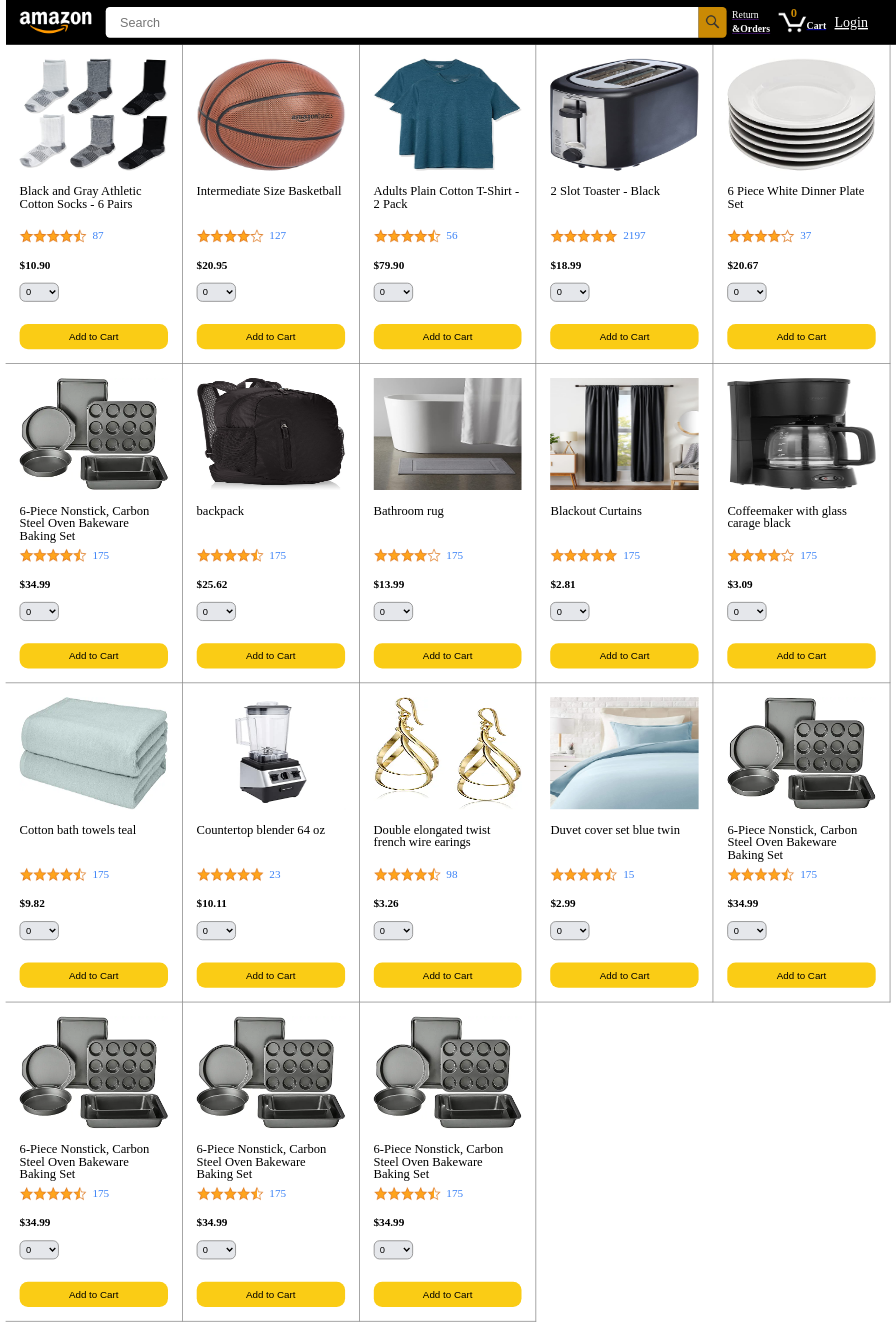
Repository: IssaMuiz/AmazonClone
Page: /
The author's editor kept a copy of each file at every save. The page is drawn from the files as they stood at one save, then again after the next save.
The browser window is 1280 px wide. The pictures show the whole page, at 70% of full size.
The project was rebuilt for these pictures with package versions that can differ from the ones it lists, and the page was loaded fresh each time. Also part of the build but not shown: vite.config.js, src/pages/Cart.jsx, src/pages/Checkout.jsx, src/pages/Login.jsx.

Above is the page before, as saved 2024-08-08 04:39:05.

### index.html
<!doctype html>
<html lang="en">
  <head>
    <meta charset="UTF-8" />
    <link rel="icon" type="image/svg+xml" href="/vite.svg" />
    <meta name="viewport" content="width=device-width, initial-scale=1.0" />
    <title>Amazon Clone</title>
  </head>
  <body>
    <div id="root"></div>
    <script type="module" src="/src/main.jsx"></script>
  </body>
</html>

### src/main.jsx
import ReactDOM from "react-dom/client";
import App from "./App.jsx";
import "./index.css";
import { Provider } from "react-redux";
import { store } from "./Components/state/store.js";
import { getTotal } from "./Components/state/cartSlice.js";

store.dispatch(getTotal());
ReactDOM.createRoot(document.getElementById("root")).render(
  <Provider store={store}>
    <App />
  </Provider>
);

### src/App.jsx
import ProductComponent from "./Components/ProductComponent";
import Checkout from "./pages/Checkout";
import { BrowserRouter as Router, Routes, Route } from "react-router-dom";
import Login from "./pages/Login";

function App() {
  return (
    <Router>
      <Routes>
        <Route path="/" element={<ProductComponent />} />
        <Route path="/Checkout" element={<Checkout />} />
        <Route path="/Login" element={<Login />} />
        <Route
          path="*"
          element={<h1 className="text-center mt-20">PAGE NOT FOUND!</h1>}
        />
      </Routes>
    </Router>
  );
}

export default App;

### src/Components/state/store.js
import { configureStore } from "@reduxjs/toolkit";
import userReducer from "./cartSlice";

export const store = configureStore({
  reducer: {
    user: userReducer,
  },
});

### src/Components/state/cartSlice.js
import { createSlice } from "@reduxjs/toolkit";

const initialState = {
  cartItems: [],
  cartQuantity: 0,
  cartTotalAmount: 0,
};

const userSlice = createSlice({
  name: "cart",
  initialState,
  reducers: {
    addToCart(state, action) {
      state.cartQuantity++;
      state.cartTotalAmount += action.payload.price;
      const itemsIndex = state.cartItems.findIndex(
        (item) => item.id === action.payload.id
      );
      if (itemsIndex >= 0) {
        state.cartItems[itemsIndex].itemQuantity += 1;
      } else {
        const cartProd = { ...action.payload, itemQuantity: 1 };
        state.cartItems.push(cartProd);
      }

      localStorage.setItem("cartItems", JSON.stringify(state.cartItems));
    },
    calculateTotalPrice(state) {
      state.cartTotalAmount = state.cartItems.reduce(
        (total, items) => total + items.price * items.itemQuantity,
        0
      );
    },
    deleteCart(state, action) {
      const itemsIndex = state.cartItems.findIndex(
        (item) => item.id === action.payload
      );
      if (itemsIndex >= 0) {
        state.cartTotalAmount -=
          state.cartItems[itemsIndex].price *
          state.cartItems[itemsIndex].itemQuantity;

        state.cartItems = state.cartItems.filter(
          (item) => item.id !== action.payload
        );
      }
      state.cartQuantity = state.cartItems.length;
    },

    getTotal(state) {
      let { total, quantity } = state.cartItems.reduce(
        (cartTotal, cartItem) => {
          const { price, itemQuantity } = cartItem;
          const itemTotal = price * itemQuantity;

          cartTotal.total += itemTotal;
          cartTotal.quantity += itemQuantity;

          return cartTotal;
        },
        {
          total: 0,
          quantity: 0,
        }
      );

      state.cartTotalAmount = total;
      state.itemQuantity = quantity;
    },
  },
});

export const {
  addToCart,
  increaseCart,
  calculateTotalPrice,
  deleteCart,
  getTotal,
} = userSlice.actions;

export default userSlice.reducer;

### src/Components/ProductComponent.jsx
import products from "../products.json";
import ProductContainer from "./ProductContainer";
import Navbar from "./Navbar";

const ProductComponent = () => {
  return (
    <div>
      <Navbar />
      <div className="grid mobile:grid-cols-2   tablet:grid-cols-3 mobile:w-full desktop:grid-cols-5 mt-16">
        {products.map((product) => (
          <ProductContainer
            key={product.id}
            product={product}
            images={product.images}
            price={product.price}
            id={product.id}
            name={product.name}
          />
        ))}
      </div>
    </div>
  );
};

export default ProductComponent;

### src/products.json
[
  {
    "id": 1,
    "images": "src/assets/images/athletic-cotton-socks-6-pairs.jpg",
    "name": "Black and Gray Athletic Cotton Socks - 6 Pairs",
    "rating": {
      "star": "src/assets/images/rating-45.png",
      "count": 87
    },
    "price": 1090
  },
  {
    "id": 2,
    "images": "src/assets/images/intermediate-composite-basketball.jpg",
    "name": "Intermediate Size Basketball",
    "rating": {
      "star": "src/assets/images/rating-40.png",
      "count": 127
    },
    "price": 2095
  },
  {
    "id": 3,
    "images": "src/assets/images/adults-plain-cotton-tshirt-2-pack-teal.jpg",
    "name": "Adults Plain Cotton T-Shirt - 2 Pack",
    "rating": {
      "star": "src/assets/images/rating-45.png",
      "count": 56
    },
    "price": 7990
  },
  {
    "id": 4,
    "images": "src/assets/images/black-2-slot-toaster (1).jpg",
    "name": "2 Slot Toaster - Black",
    "rating": {
      "star": "src/assets/images/rating-5.png",
      "count": 2197
    },
    "price": 1899
  },
  {
    "id": 5,
    "images": "src/assets/images/6-piece-white-dinner-plate-set.jpg",
    "name": "6 Piece White Dinner Plate Set",
    "rating": {
      "star": "src/assets/images/rating-40.png",
      "count": 37
    },
    "price": 2067
  },
  {
    "id": 6,
    "images": "src/assets/images/6-piece-non-stick-baking-set (1).webp",
    "name": "6-Piece Nonstick, Carbon Steel Oven Bakeware Baking Set",
    "rating": {
      "star": "src/assets/images/rating-45.png",
      "count": 175
    },
    "price": 3499
  },
  {
    "id": 7,
    "images": "src/assets/images/backpack.jpg",
    "name": "backpack",
    "rating": {
      "star": "src/assets/images/rating-45.png",
      "count": 175
    },
    "price": 2562
  },
  {
    "id": 8,
    "images": "src/assets/images/bathroom-rug.jpg",
    "name": "Bathroom rug",
    "rating": {
      "star": "src/assets/images/rating-40.png",
      "count": 175
    },
    "price": 1399
  },
  {
    "id": 9,
    "images": "src/assets/images/blackout-curtains-black.jpg",
    "name": "Blackout Curtains",
    "rating": {
      "star": "src/assets/images/rating-5.png",
      "count": 175
    },
    "price": 281
  },
  {
    "id": 9,
    "images": "src/assets/images/coffeemaker-with-glass-carafe-black.jpg",
    "name": "Coffeemaker with glass carage black",
    "rating": {
      "star": "src/assets/images/rating-40.png",
      "count": 175
    },
    "price": 309
  },
  {
    "id": 10,
    "images": "src/assets/images/cotton-bath-towels-teal.webp",
    "name": "Cotton bath towels teal",
    "rating": {
      "star": "src/assets/images/rating-45.png",
      "count": 175
    },
    "price": 982
  },
  {
    "id": 11,
    "images": "src/assets/images/countertop-blender-64-oz.jpg",
    "name": "Countertop blender 64 oz",
    "rating": {
      "star": "src/assets/images/rating-5.png",
      "count": 23
    },
    "price": 1011
  },
  {
    "id": 12,
    "images": "src/assets/images/double-elongated-twist-french-wire-earrings.webp",
    "name": "Double elongated twist french wire earings",
    "rating": {
      "star": "src/assets/images/rating-45.png",
      "count": 98
    },
    "price": 326
  },
  {
    "id": 13,
    "images": "src/assets/images/duvet-cover-set-blue-twin.jpg",
    "name": "Duvet cover set blue twin",
    "rating": {
      "star": "src/assets/images/rating-45.png",
      "count": 15
    },
    "price": 299
  },
  {
    "id": 6,
    "images": "src/assets/images/6-piece-non-stick-baking-set (1).webp",
    "name": "6-Piece Nonstick, Carbon Steel Oven Bakeware Baking Set",
    "rating": {
      "star": "src/assets/images/rating-45.png",
      "count": 175
    },
    "price": 3499
  },
  {
    "id": 6,
    "images": "src/assets/images/6-piece-non-stick-baking-set (1).webp",
    "name": "6-Piece Nonstick, Carbon Steel Oven Bakeware Baking Set",
    "rating": {
      "star": "src/assets/images/rating-45.png",
      "count": 175
    },
    "price": 3499
  },
  {
    "id": 6,
    "images": "src/assets/images/6-piece-non-stick-baking-set (1).webp",
    "name": "6-Piece Nonstick, Carbon Steel Oven Bakeware Baking Set",
    "rating": {
      "star": "src/assets/images/rating-45.png",
      "count": 175
    },
    "price": 3499
  },
  {
    "id": 6,
    "images": "src/assets/images/6-piece-non-stick-baking-set (1).webp",
    "name": "6-Piece Nonstick, Carbon Steel Oven Bakeware Baking Set",
    "rating": {
      "star": "src/assets/images/rating-45.png",
      "count": 175
    },
    "price": 3499
  }
]

### src/Components/ProductContainer.jsx
/* eslint-disable react/prop-types */
import { useDispatch } from "react-redux";
import { addToCart } from "./state/cartSlice";

const ProductContainer = ({ product, images, id, name, price }) => {
  const dispatch = useDispatch();

  return (
    <div>
      <div>
        <div
          style={{
            borderRight: "1px solid gray",
            borderBottom: "1px solid gray",
          }}
          className="flex flex-col h-auto p-5 items-start"
        >
          <img className="h-40 w-full mr-4" src={product.images} alt="" />
          <p className="leading-none h-7 mt-5 mb-5 text-lg">{product.name}</p>
          <div className="flex items-center">
            <img className="h-5 w-24" src={product.rating.star} alt="" />
            <p className="ml-2 text-blue-500 justify-start">
              {product.rating.count}
            </p>
          </div>
          <p className="mt-2 font-bold">${(product.price / 100).toFixed(2)}</p>
          <select
            className=" bg-gray-200 p-1 w-14 rounded-lg mb-7"
            name=""
            id=""
          >
            <option value="">0</option>
            <option value="1">1</option>
            <option value="2">2</option>
            <option value="3">3</option>
            <option value="4">4</option>
            <option value="5">5</option>
            <option value="6">6</option>
            <option value="7">7</option>
            <option value="8">8</option>
            <option value="9">9</option>
            <option value="10">10</option>
          </select>
          <div className={` ${product.form ? "block" : "hidden"}`}>
            <p>Color</p>
            <div>
              <button className="px-2 border-2 rounded-lg border-yellow-500">
                Yellow
              </button>
              <button className="px-2 ml-2 border rounded-lg border-grey-500">
                Teal
              </button>
            </div>
            <p className="mt-1">Size</p>
            <div>
              <button className="px-2 border-2 rounded-lg border-yellow-500">
                S
              </button>
              <button className="px-2 ml-2 border rounded-lg border-grey-500">
                M
              </button>
              <button className="px-2 ml-2 border rounded-lg border-grey-500">
                L
              </button>
            </div>
          </div>

          <button
            onClick={() => dispatch(addToCart({ images, id, price, name }))}
            className="bg-yellow-400 border-none w-full rounded-xl p-2 text-sm mt-1 cursor-pointer hover:bg-yellow-500"
          >
            Add to Cart
          </button>
        </div>
      </div>
    </div>
  );
};

export default ProductContainer;

### src/Components/Navbar.jsx
import LeftNav from "./LeftNav";
import MiddleNav from "./MiddleNav";
import RightNav from "./RightNav";

const Navbar = () => {
  return (
    <div>
      <div className="fixed top-0 flex  bg-black w-full h-16 text-white items-center whitespace-nowrap">
        <LeftNav />
        <MiddleNav />
        <RightNav />
      </div>
    </div>
  );
};

export default Navbar;

### src/config/firebase.js
// Import the functions you need from the SDKs you need
import { initializeApp } from "firebase/app";
import { getAuth, GoogleAuthProvider } from "firebase/auth";
// TODO: Add SDKs for Firebase products that you want to use
// https://firebase.google.com/docs/web/setup#available-libraries

// Your web app's Firebase configuration
const firebaseConfig = {
  apiKey: "AIzaSyDn8g0iOfpcR7ad0ZYiyC27ykjBEUySZVs",
  authDomain: "clone-e2e03.firebaseapp.com",
  projectId: "clone-e2e03",
  storageBucket: "clone-e2e03.appspot.com",
  messagingSenderId: "598280271072",
  appId: "1:598280271072:web:1506fc410052808405cc85",
};

// Initialize Firebase
const app = initializeApp(firebaseConfig);

export const auth = getAuth(app);
export const provider = new GoogleAuthProvider();

### src/Components/LeftNav.jsx
const leftNav = () => {
  return (
    <div>
      <img
        className="h-8 ml-5 mobile:hidden tablet:block"
        src="src/assets/images/amazon-logo-white.png"
        alt=""
      />
      <img
        className="h-9 tablet:hidden mobile:block mobile:ml-7 "
        src="src/assets/images/amazon-mobile-logo-white.png"
        alt=""
      />
    </div>
  );
};

export default leftNav;

### src/Components/MiddleNav.jsx
import { useState } from "react";

const MiddleNav = () => {
  const [value, setValue] = useState("");
  return (
    <div className="flex grow ml-5">
      <input
        className=" grow h-1 text-black rounded-md mobile:w-40 tablet:w-40 rounded-br-none rounded-tr-none p-5 border-none text-lg"
        type="text"
        placeholder="Search"
        value={value}
        onChange={(e) => setValue(e.target.value)}
        name=""
        id=""
      />
      <button className="ml-0 left-full bg-yellow-600 rounded-md rounded-bl-none rounded-tl-none p-2.5 border-none">
        <img className="w-5" src="src/assets/images/search-icon.png" alt="" />
      </button>
    </div>
  );
};

export default MiddleNav;

### src/Components/RightNav.jsx
import { auth } from "../config/firebase";
import { Link } from "react-router-dom";
import { useAuthState } from "react-firebase-hooks/auth";
import { signOut } from "firebase/auth";
import { useSelector } from "react-redux";

const RightNav = () => {
  const cartIncrement = useSelector((state) => state.user.cartQuantity);
  const [user] = useAuthState(auth);

  const signUserOut = async () => {
    await signOut(auth);
  };
  return (
    <div>
      <div className="flex tablet:flex ml-2 justify-end text-sm tablet:w-54 tablet:mr-2 mobile:hidden">
        <a className="text-sm" href="">
          <p className=" text-white whitespace-nowrap ">
            Return <br /> <strong className="">&Orders</strong>
          </p>
        </a>
        <Link
          to="/Checkout"
          className="relative flex items-center hover:border"
          href="/src/Components/Checkout.jsx"
        >
          <img
            className="w-10 h-7 ml-3"
            src="src/assets/images/cart-icon.png"
            alt=""
          />
          <p className="absolute text-lg text-center right-9 bottom-4 w-5  text-yellow-600 font-bold">
            {cartIncrement}
          </p>
          <p className="mt-6  font-bold text-white">Cart</p>
        </Link>
        <div className="flex items-center ml-3">
          {user ? (
            <div className="flex items-center gap-3">
              <p>{user.displayName}</p>
              <img
                className="h-10 w-10 rounded-3xl"
                src={user.photoURL}
                alt=""
              />
              <button onClick={signUserOut}>Log Out</button>
            </div>
          ) : (
            <Link to="/Login" className="mr-10 text-white text-xl">
              Login
            </Link>
          )}
        </div>
      </div>
      <img
        className="h-4 tablet:hidden mobile:block ml-5 mr-6"
        src="src/assets/images/hamburger-menu (1).png"
        alt=""
      />
    </div>
  );
};

export default RightNav;

### tailwind.config.js
/** @type {import('tailwindcss').Config}  */

export default {
  content: ["./index.html", "./src/**/*.{js,ts,jsx,tsx}"],
  theme: {
    screens: {
      mobile: "370px",
      tablet: "580px",
      desktop: "750px",
    },

    extend: {
      fontFamily: {
        sans: ["Roboto", "sans-serif"],
      },
    },
  },
  plugins: [],
  corePlugins: {
    preflight: false,
  },
};

Loaded but not shown: src/index.css (common file)

After the next save:
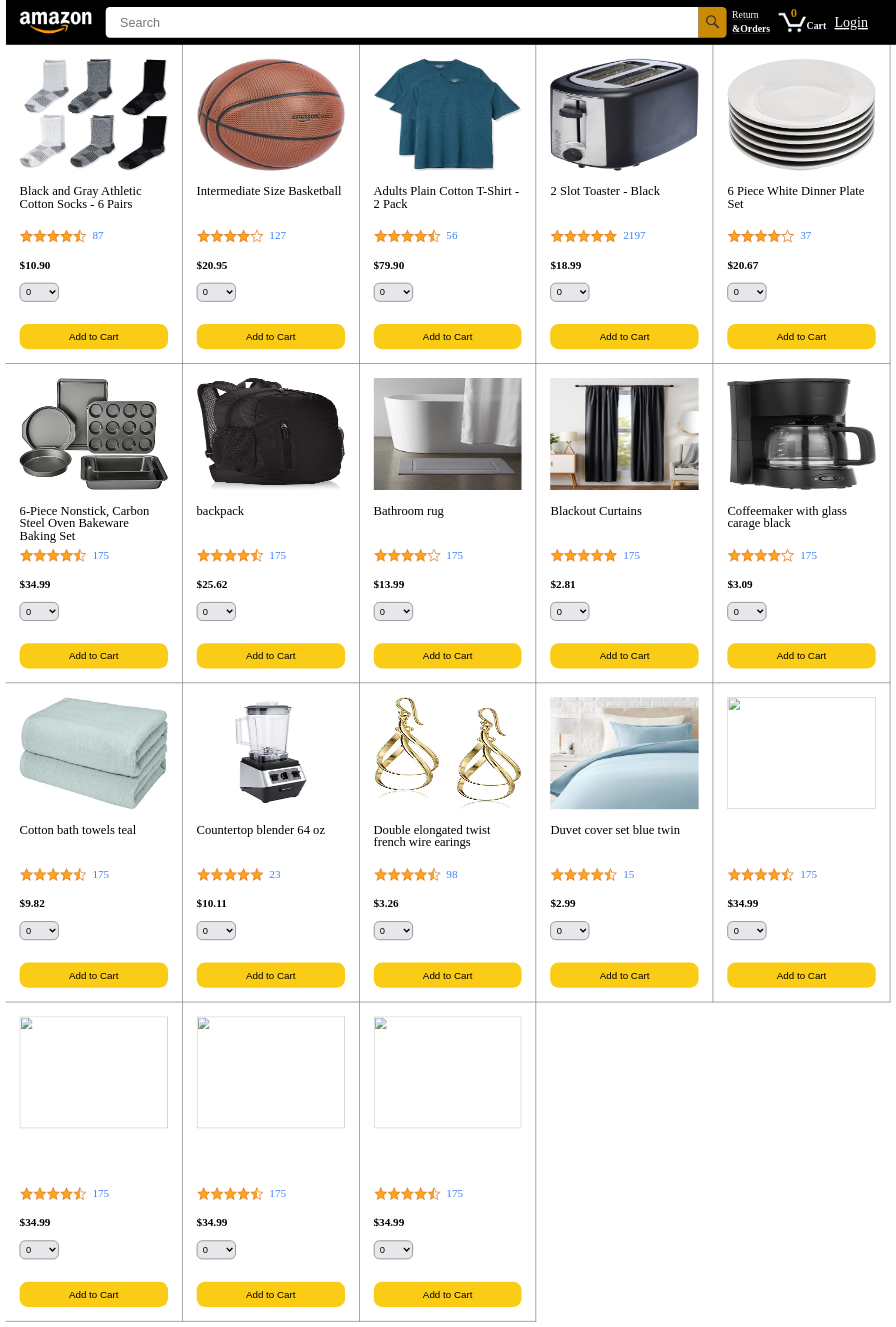
Saved 5 min 11 s later.
--- a/src/products.json
+++ b/src/products.json
@@ -140,9 +140,9 @@
     "price": 299
   },
   {
-    "id": 6,
-    "images": "src/assets/images/6-piece-non-stick-baking-set (1).webp",
-    "name": "6-Piece Nonstick, Carbon Steel Oven Bakeware Baking Set",
+    "id": 14,
+    "images": "",
+    "name": "",
     "rating": {
       "star": "src/assets/images/rating-45.png",
       "count": 175
@@ -151,8 +151,8 @@
   },
   {
     "id": 6,
-    "images": "src/assets/images/6-piece-non-stick-baking-set (1).webp",
-    "name": "6-Piece Nonstick, Carbon Steel Oven Bakeware Baking Set",
+    "images": "",
+    "name": "",
     "rating": {
       "star": "src/assets/images/rating-45.png",
       "count": 175
@@ -161,8 +161,8 @@
   },
   {
     "id": 6,
-    "images": "src/assets/images/6-piece-non-stick-baking-set (1).webp",
-    "name": "6-Piece Nonstick, Carbon Steel Oven Bakeware Baking Set",
+    "images": "",
+    "name": "",
     "rating": {
       "star": "src/assets/images/rating-45.png",
       "count": 175
@@ -171,8 +171,8 @@
   },
   {
     "id": 6,
-    "images": "src/assets/images/6-piece-non-stick-baking-set (1).webp",
-    "name": "6-Piece Nonstick, Carbon Steel Oven Bakeware Baking Set",
+    "images": "",
+    "name": "",
     "rating": {
       "star": "src/assets/images/rating-45.png",
       "count": 175
